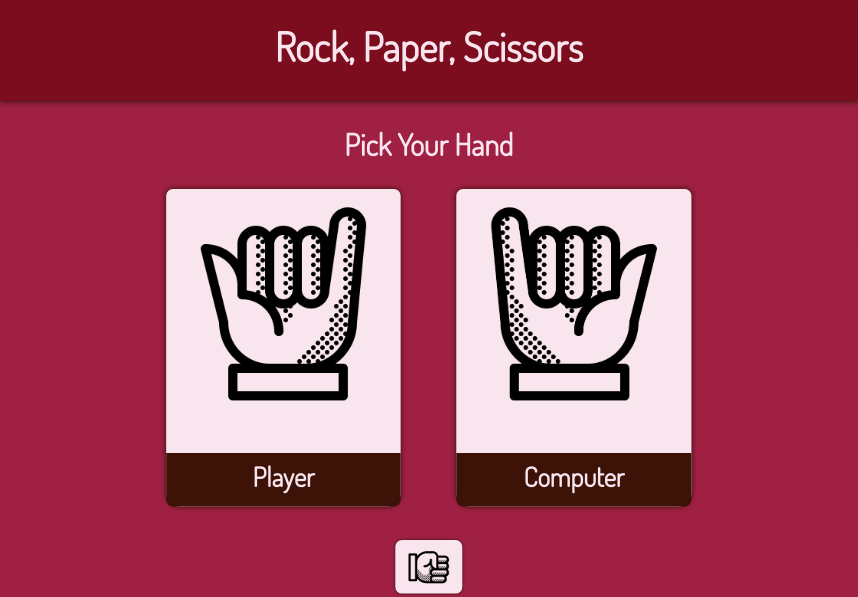
Repository: shayanabedi98/rock-paper-scissors
Page: index.html
These files come from the project's save history. The page is drawn as it stood at one moment and after the next save; the edit follows.
The browser window is 1280 px wide. The pictures show the whole page, at 67% of full size.

Above is the page before, as saved 2023-07-13 22:58:14.
Console error: TypeError: Cannot read properties of null (reading 'addEventListener')

After the next save:
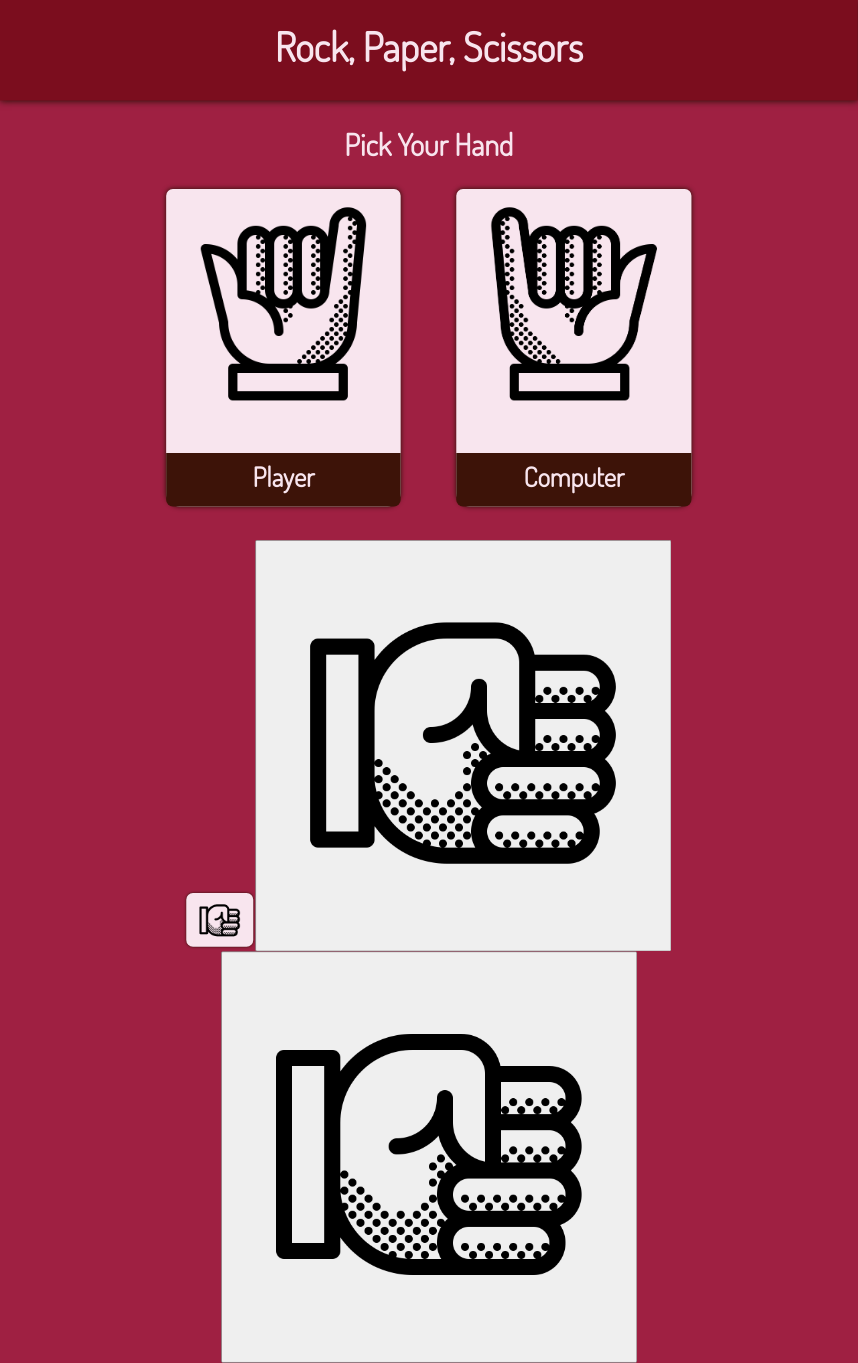
Saved 57 s later.
--- a/index.html
+++ b/index.html
@@ -32,6 +32,8 @@
     </div>
     <div class="button-container">
         <button id="rock"><img src="resources/rockleft.png" alt="rock option"></button>
+        <button id="paper"><img src="resources/rockleft.png" alt="paper option"></button>
+        <button id="scissors"><img src="resources/rockleft.png" alt="scissors option"></button>
     </div>
     <script src="index.js"></script>
 </body>
